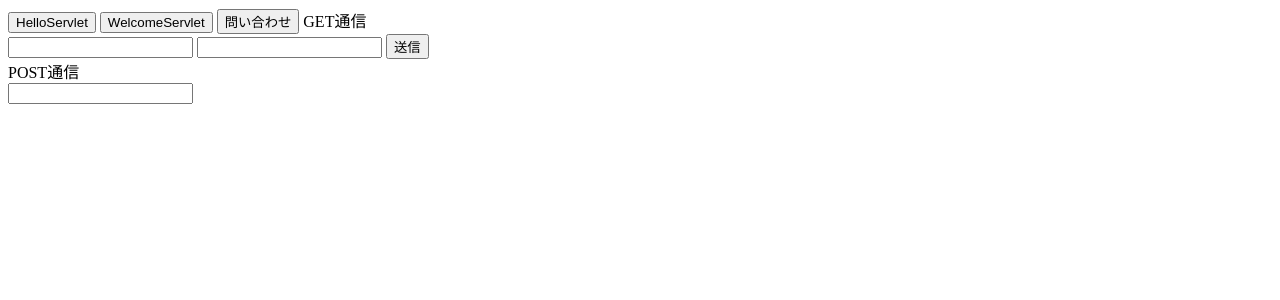
Repository: hmori696/test
Page: http://localhost/HelloServlet/
These files come from the project's save history. The page is drawn as it stood at one moment and after the next save; the edit follows.
The browser window is 1280 px wide. The pictures show the whole page.
The page is served by Tomcat 9.

Above is the page before, as saved 2019-09-04 10:49:14.

After the next save:
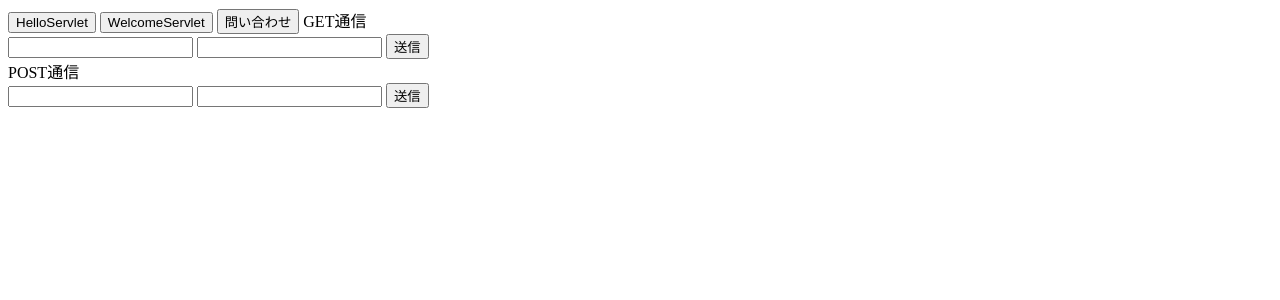
Saved 54 s later.
--- a/HelloServlet/WebContent/index.jsp
+++ b/HelloServlet/WebContent/index.jsp
@@ -20,7 +20,8 @@
 POST通信
 <form method="post" action="TestServlet">
 <input type="text"name="username">
-
+<input type="password" name="password">
+<input type="submit" value="送信">
 
 
 </form>
